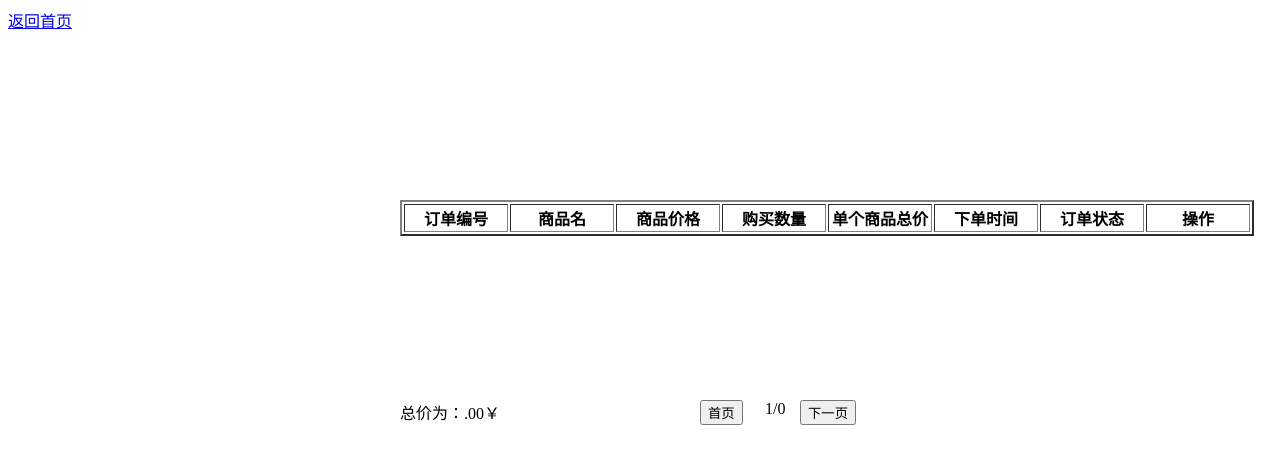
Repository: Gale-student/Gale-student.github.io
Page: http://localhost/weshop/OrdersDetailUnpaidQueryServlet
The author's editor kept a copy of each file at every save. The page is drawn from the files as they stood at one save, then again after the next save.
The browser window is 1280 px wide. The pictures show the whole page.
The page is served by Tomcat 9. Queries for data that is not in the repository find no rows.

Above is the page before, as saved 2022-10-05 11:03:32.

After the next save:
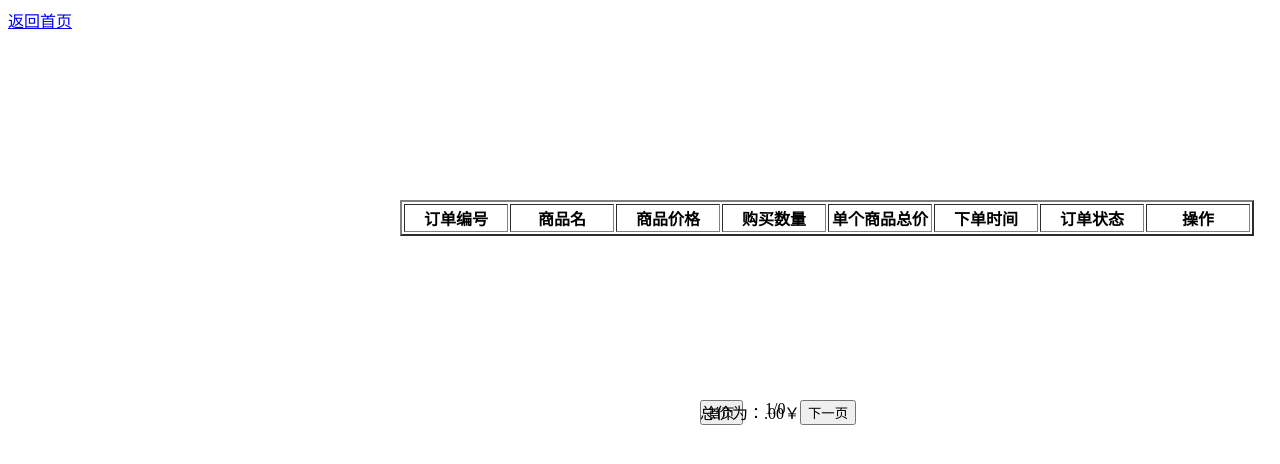
Saved 16 s later.
--- a/WeShop/weshop/WebRoot/WEB-INF/jsp/OrdersUnpaidQueryOfUser.jsp
+++ b/WeShop/weshop/WebRoot/WEB-INF/jsp/OrdersUnpaidQueryOfUser.jsp
@@ -90,6 +90,6 @@ String basePath = request.getScheme()+"://"+request.getServerName()+":"+request.
     </form>
 
     </div>
-    <label style="position: absolute; left: 400px; top: 400px;">总价为：<%=totalPrice %>.00￥</label>
+    <label style="position: absolute; left: 700px; top: 400px;">总价为：<%=totalPrice %>.00￥</label>
   </body>
 </html>
